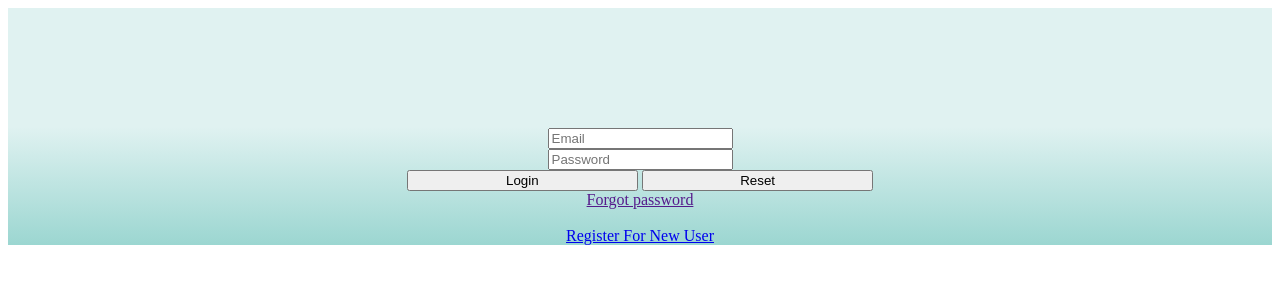
Repository: Indurupi/FriendZone
Page: FriendZoneFrontEnd/WebContent/js/service/login.html
An editor plug-in stored every save of this project. The page is shown before and after the next save, followed by the edit.
The browser window is 1280 px wide. The pictures show the whole page.

Above is the page before, as saved 2017-03-20 17:03:41.

### FriendZoneFrontEnd/WebContent/js/service/login.html
<!DOCTYPE html>
<html>
<head>
<meta charset="ISO-8859-1">
<title>Friendzone</title>
<style type="text/css">
body
{

}
#loginpage {
	background: linear-gradient(to bottom, #e0f2f1 50%, #80cbc4 120%);
	color: #ffffff;
	height: 91%;
	padding-top: 100px;
}
</style>
</head>
<body>
	<div align="center" id="loginpage">
		<form style="padding-top: 20px">
			<div class="input-group" id="LoginUsername">
				<span class="input-group-addon" id="basic-addon1">
					<div class="glyphicon glyphicon-user"></div>
				</span> <input type="text" class="form-control" placeholder="Email"
					aria-describedby="basic-addon1" />
			</div>

			<div class="input-group">
				<span class="input-group-addon" id="basic-addon1">
					<div class="glyphicon glyphicon-lock"></div>
				</span> <input type="password" class="form-control" placeholder="Password"
					aria-describedby="basic-addon1" />
			</div>


			<button class="btn" id="custom-button" style="width: 18.3%"
				type="submit">Login</button>
			<button class="btn" id="custom-button" style="width: 18.3%"
				type="reset">Reset</button>
			<br> <a href="">Forgot password</a> <br>
			<br> <a href="#signup">Register For New User</a>
		</form>
	</div>
</body>
</html>

After the next save:
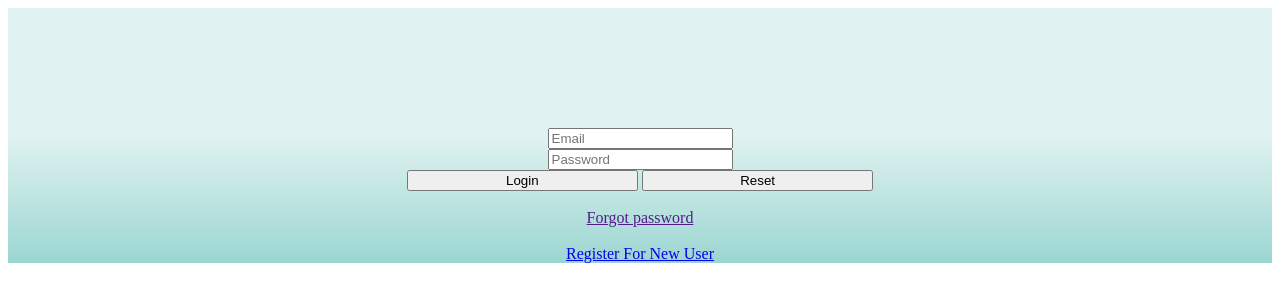
Saved 12 s later.
--- a/FriendZoneFrontEnd/WebContent/js/service/login.html
+++ b/FriendZoneFrontEnd/WebContent/js/service/login.html
@@ -37,7 +37,7 @@ body
 			<button class="btn" id="custom-button" style="width: 18.3%"
 				type="submit">Login</button>
 			<button class="btn" id="custom-button" style="width: 18.3%"
-				type="reset">Reset</button>
+				type="reset">Reset</button><br>
 			<br> <a href="">Forgot password</a> <br>
 			<br> <a href="#signup">Register For New User</a>
 		</form>
